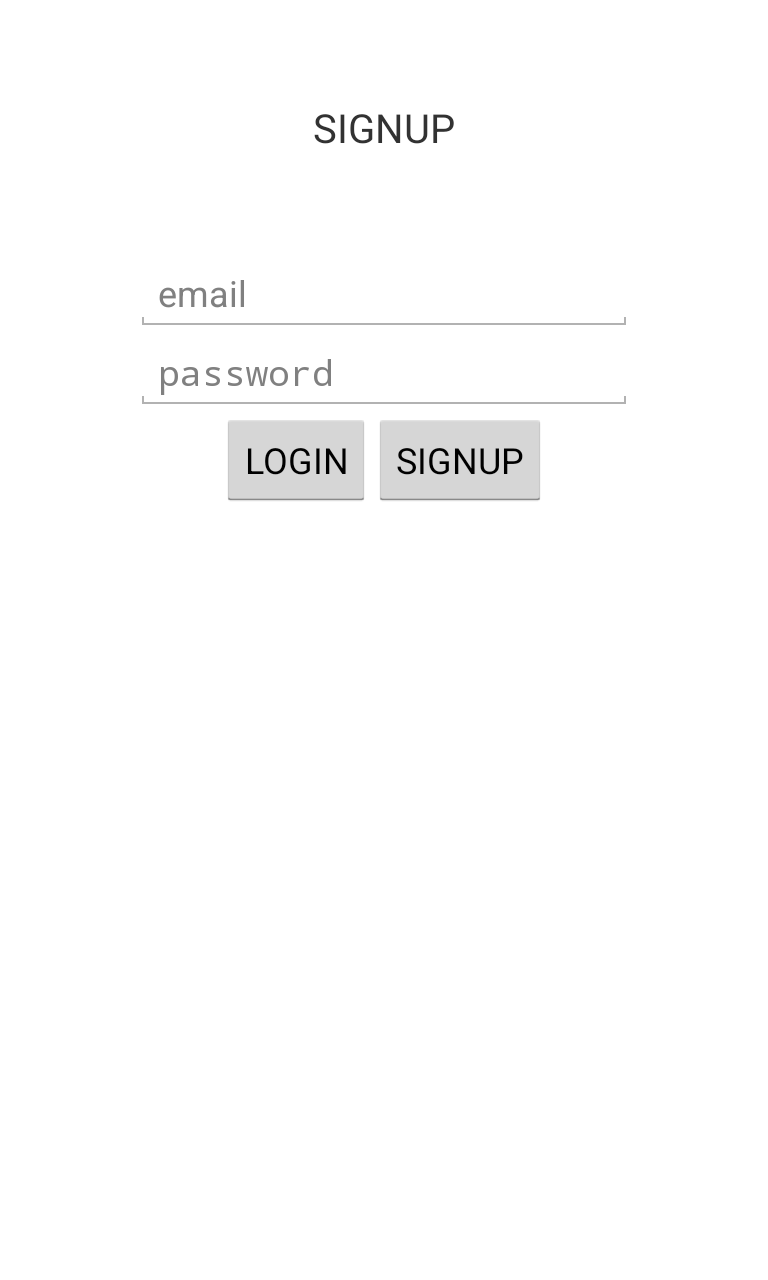
Repository: elvispap/The_Voice_of_People_Android_app
Layout: Voice of People/res/layout/signup.xml
The author's editor kept a copy of each file at every save. The layout is drawn from the files as they stood at one save, then again after the next save.
It is drawn on a 768 x 1280 px phone screen (xhdpi) without system bars, with theme AppTheme; the app's code is not run.

Above is the layout before, as saved 2014-01-02 17:18:03.

After the next save:
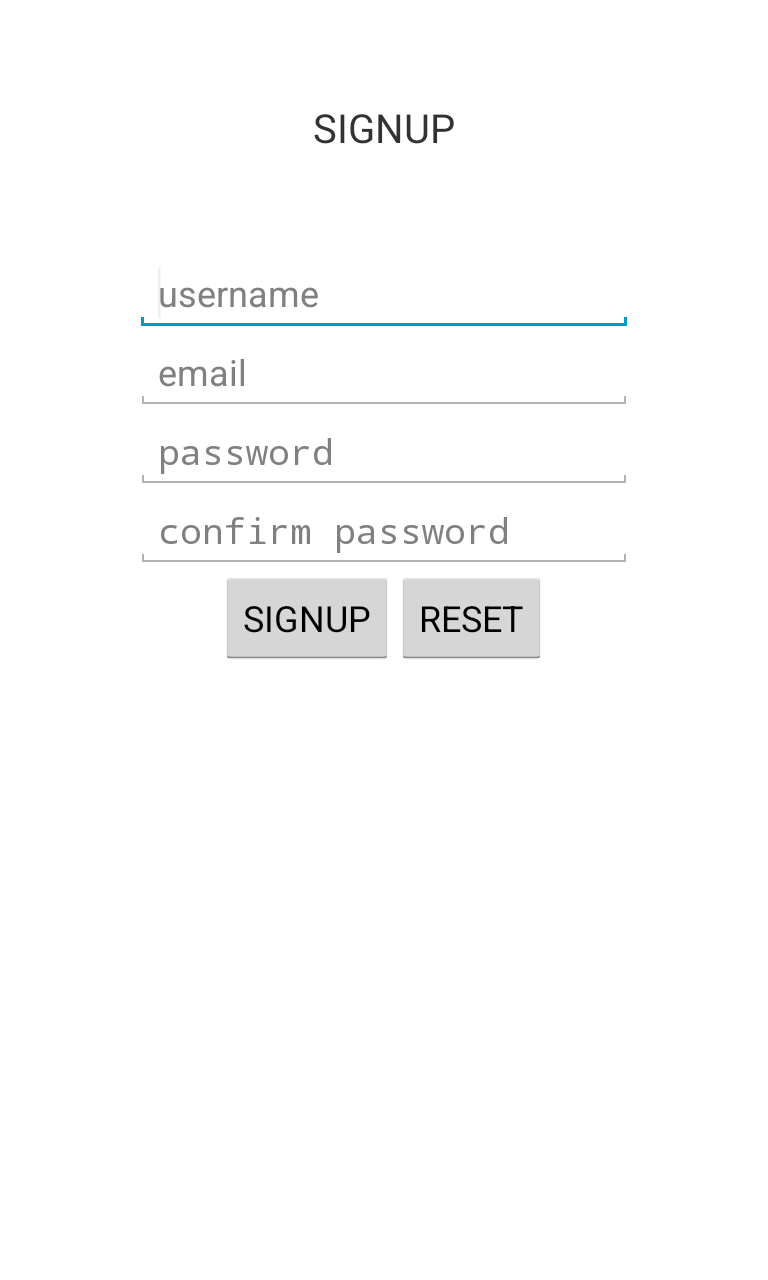
Saved 2 min 48 s later.
--- a/Voice of People/res/layout/signup.xml
+++ b/Voice of People/res/layout/signup.xml
@@ -18,6 +18,16 @@
 	        android:textSize="20dp"
 	        android:layout_marginBottom="50dp"/>
 
+        <EditText
+            android:id="@+id/username"
+            android:layout_width="match_parent"
+            android:layout_height="wrap_content"
+            android:ems="10"
+            android:hint="username"
+            android:inputType="textPersonName" >
+
+            <requestFocus />
+        </EditText>
 
 	    <EditText
 	        android:id="@+id/email"
@@ -34,23 +44,31 @@
 	        android:ems="10"
 	        android:hint="password"
 	        android:inputType="textPassword" />
+	    <EditText
+	        android:id="@+id/confirm_password"
+	        android:layout_width="match_parent"
+	        android:layout_height="wrap_content"
+	        android:ems="10"
+	        android:hint="confirm password"
+	        android:inputType="textPassword" />
 
 	    <LinearLayout
 	    	    android:orientation="horizontal"
 	    	    android:layout_width="wrap_content"
 	       	    android:layout_height="wrap_content"
 	    	    android:layout_gravity="center">
-	    	 <Button
-		        android:id="@+id/login_button"
-		        android:layout_width="wrap_content"
-		        android:layout_height="wrap_content"
-		        android:text="LOGIN" />
 
 		    <Button
 		        android:id="@+id/signup_button"
 		        android:layout_width="wrap_content"
 		        android:layout_height="wrap_content"
 		        android:text="SIGNUP" />
+		   <Button
+		        android:id="@+id/reset_button"
+		        android:layout_width="wrap_content"
+		        android:layout_height="wrap_content"
+		        android:text="RESET" />
+
 	    </LinearLayout>
 
     </LinearLayout>
